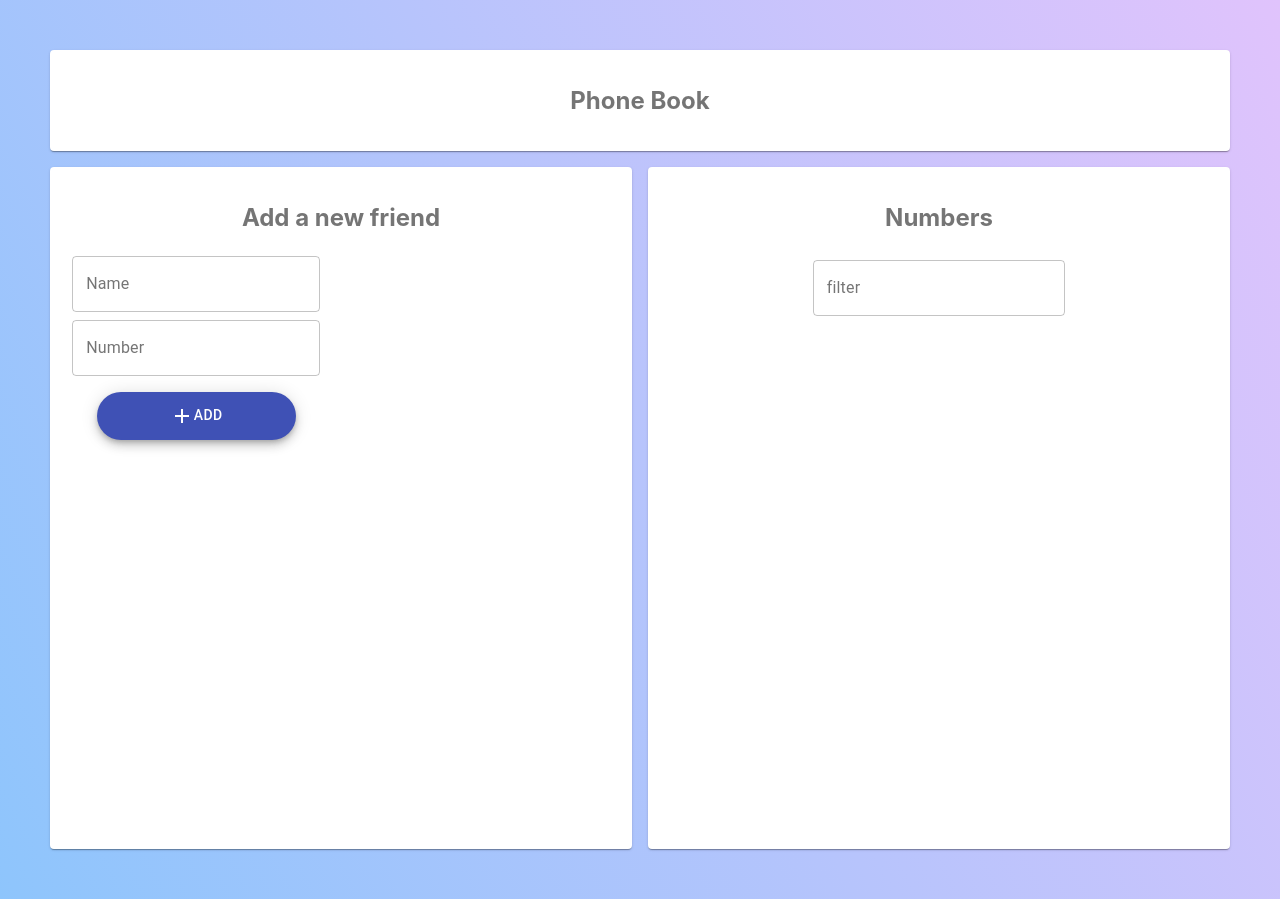
Repository: StacyLafume/phone-book
Page: / (app in phone-book/)
These files come from the project's save history. The page is drawn as it stood at one moment and after the next save; the edit follows.
The browser window is 1280 px wide. The pictures show the whole page.
The page's requests for data from a server got no answer. The project was rebuilt for these pictures with package versions that can differ from the ones it lists, and the page was loaded fresh each time. No one was signed in, and anything a server would have sent is missing. Also part of the build but not shown: phone-book/src/PhoneBook.js.

Above is the page before, as saved 2021-04-02 02:23:29.

After the next save:
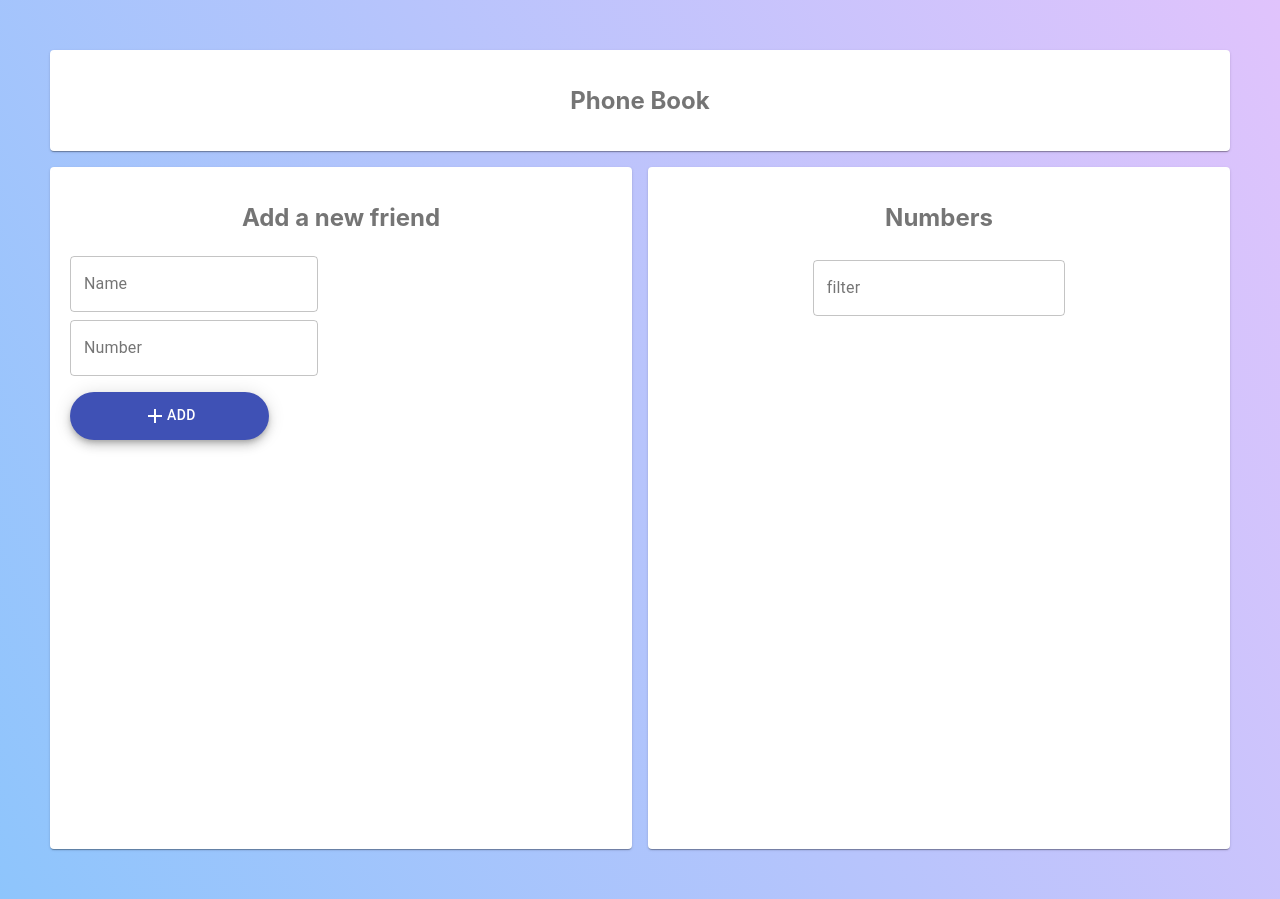
Saved 23 s later.
--- a/phone-book/src/App.js
+++ b/phone-book/src/App.js
@@ -212,7 +212,7 @@ const App = () => {
         </Paper>
         </Grid>
         <Grid item xs={6} >
-          <Paper className={classes.addFriend}>
+          <Paper className={classes.paper}>
 
 
             <h2>Add a new friend</h2>
